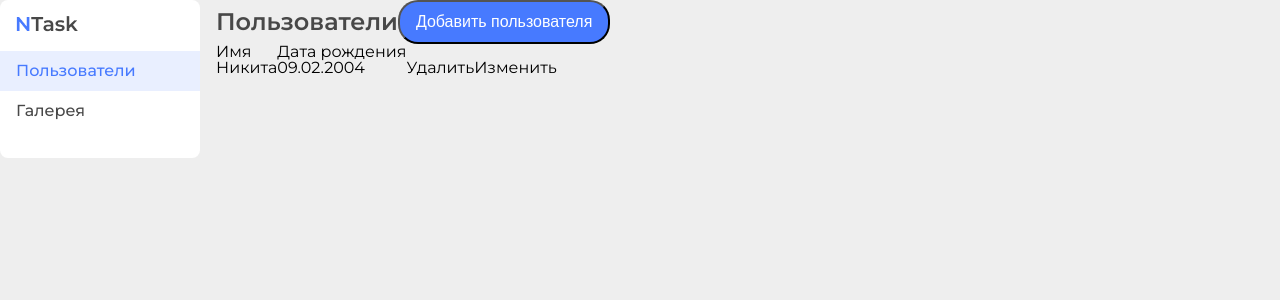
Repository: Grid-Master/NTask
Page: /
These files come from the project's save history. The page is drawn as it stood at one moment and after the next save; the edit follows.
The browser window is 1280 px wide. The pictures show the whole page.
The project was rebuilt for these pictures with package versions that can differ from the ones it lists, and the page was loaded fresh each time.

Above is the page before, as saved 2023-06-04 19:20:06.

After the next save:
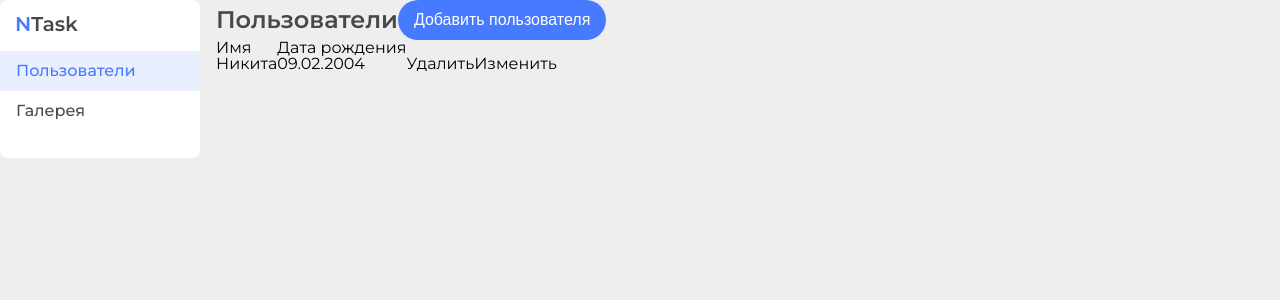
Saved 11 s later.
--- a/src/components/userList/userList.sass
+++ b/src/components/userList/userList.sass
@@ -17,3 +17,5 @@
         background: #477AFF
         border-radius: 20px
         padding: 12px 16px
+        border: none
+        outline: none
